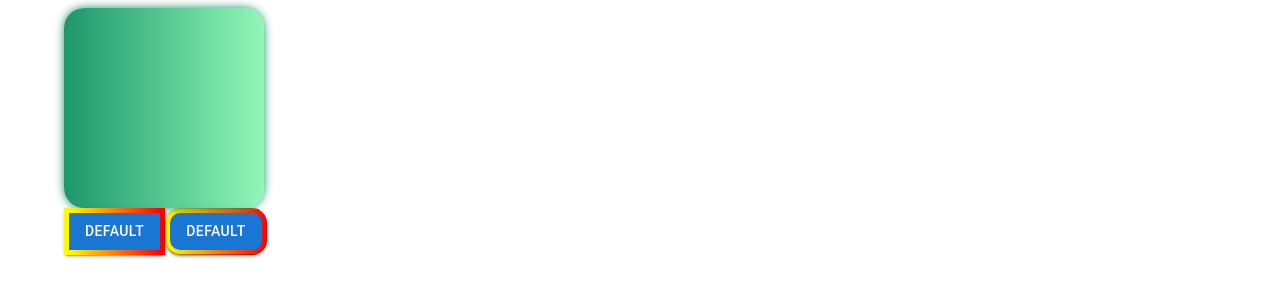
Repository: lokeshHappiest/reactjs-hm-template
Page: / (app in hm-react-template/)
An editor plug-in stored every save of this project. The page is shown before and after the next save, followed by the edit.
The browser window is 1280 px wide. The pictures show the whole page.
The project was rebuilt for these pictures with package versions that can differ from the ones it lists, and the page was loaded fresh each time. Requests to the local data server were answered from the project's data file. Also part of the build but not shown: hm-react-template/src/styles/styles.js, hm-react-template/src/components/SButton.jsx.

Above is the page before, as saved 2021-12-23 19:27:29.

### hm-react-template/src/App.js
import SButton from "./components/SButton";
import { useFetch } from "./hooks/useFetch";
import { useState } from "react";
import { Container } from "@mui/material";
import SCard from "./components/SCard";
import SGradientButton from "./components/SGradientButton";

export default function App() {
  const [url, setUrl] = useState("http://localhost:3000/notes");
  const { data, isPending, error } = useFetch(url);

  return (
    <Container>
      <SCard />
      <SGradientButton />
    </Container>
  );
}

### hm-react-template/src/hooks/useFetch.js
import { useState, useEffect } from "react";

export const useFetch = (url) => {
  const [data, setData] = useState(null);
  const [isPending, setIsPending] = useState(null);
  const [error, setError] = useState(null);

  useEffect(() => {
    const fetchData = async () => {
      setIsPending(true);
      try {
        const response = await fetch(url);
        if (!response.ok) {
          throw new Error(response.statusText);
        }
        const json = await response.json();
        setIsPending(false);
        setError(null);
        setData(json);
      } catch (err) {
        setIsPending(false);
        setError("could not fetch data");
        console.log(err.message);
      }
    };
    fetchData();
  }, [url]);
  return { data, isPending, error };
};

### hm-react-template/src/components/SCard.jsx
import { styled, Box } from "@mui/material";
import { unstable_extendSxProp as extendSXProp } from "@mui/system";

const StyledBox = styled(Box)({});

const styles = {
  card: {
    backgroundImage:
      "linear-gradient(to right, #1D976C 0%, #93F9B9  51%, #1D976C  100%)",
    transition: "0.5s",
    backgroundSize: "200% auto",
    color: "white",
    boxShadow: "0 0 10px #1D976C",
    borderRadius: "20px",
    display: "block",
    fontSize: "20px",
    width: 200,
    height: 200,
    "&:hover": {
      backgroundPosition: "right center",
    },
  },
};

export default function SCard(inProps) {
  const { sx } = extendSXProp(inProps);
  return <StyledBox sx={{ ...styles.card, ...sx }} />;
}

### hm-react-template/src/components/SGradientButton.jsx
import React from "react";
import { styled, Button } from "@mui/material";

const borderRadius = 15;

const options = {
  shouldForwardProp: (prop) => prop !== "gradientColors",
};

const GradientButton = styled(
  Button,
  options
)(({ theme, gradientColors }) => ({
  border: "5px solid",
  borderImageSlice: 1,
  borderImageSource: `linear-gradient(to left, ${gradientColors.join(",")})`,
}));

const RoundGradientButton = styled(
  Button,
  options
)(({ theme, gradientColors }) => ({
  position: "relative",
  border: "5px solid transparent",
  backgroundClip: "padding-box",
  borderRadius,

  "&:after": {
    position: "absolute",
    top: -5,
    left: -5,
    right: -5,
    bottom: -5,
    background: `linear-gradient(to left, ${gradientColors.join(",")})`,
    content: '""',
    zIndex: -1,
    borderRadius,
  },
}));

export default function SGradientButton() {
  return (
    <>
      <GradientButton gradientColors={["red", "yellow"]} variant="contained">
        Default
      </GradientButton>
      <RoundGradientButton
        gradientColors={["red", "yellow"]}
        variant="contained"
      >
        Default
      </RoundGradientButton>
    </>
  );
}

### hm-react-template/data/db.json
{
  "notes": [
    {
      "title": "Yoshi's birthday bash",
      "details": "Lorem Ipsum is simply dummy text of the printing and typesetting industry. Lorem Ipsum has been the industry's standard dummy text ever since the 1500s, when an unknown printer took a galley of type and scrambled it to make a type specimen book.",
      "category": "reminders",
      "id": 1
    },
    {
      "title": "Complete my ninja training",
      "details": "Lorem Ipsum is simply dummy text of the printing and typesetting industry. Lorem Ipsum has been the industry's standard dummy text ever since the 1500s, when an unknown printer took.",
      "category": "work",
      "id": 2
    },
    {
      "title": "Order a pizza!",
      "details": "Lorem Ipsum is simply dummy text of the printing and typesetting industry. Lorem Ipsum has been the industry's standard dummy text ever since the 1500s, when an unknown printer took a galley of type and scrambled it to make a type specimen book.\nLorem Ipsum is simply dummy text of the printing and typesetting industry. Lorem Ipsum has been the industry's standard dummy text ever since the 1500s, when an unknown printer took a galley of type and scrambled it to make a type specimen book.",
      "category": "todos",
      "id": 3
    },
    {
      "title": "pay the milk man",
      "details": " blah blah blah",
      "category": "work",
      "id": 4
    },
    {
      "title": "Pay the Internet bill",
      "details": "blah blah blah",
      "category": "money",
      "id": 5
    },
    {
      "title": "Note 80",
      "detail": "hksfh kjhfkjsd kfksdhfkj lkkhsjf lkjflasjf lkjlkjf ",
      "category": "reminders",
      "id": 6
    },
    {
      "title": "pay room rent",
      "details": " blah blah blah",
      "category": "work",
      "id": 7
    }
  ]
}

Loaded but not shown: hm-react-template/public/index.html (common file); hm-react-template/src/index.js (common file)

After the next save:
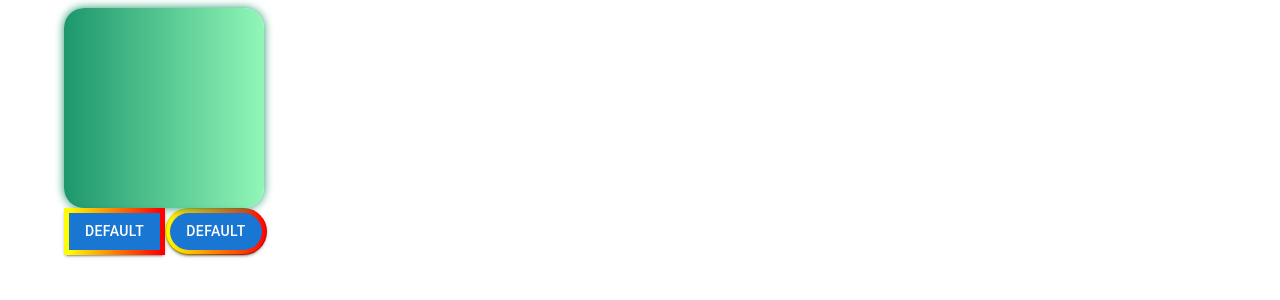
Saved 19 s later.
--- a/hm-react-template/src/components/SGradientButton.jsx
+++ b/hm-react-template/src/components/SGradientButton.jsx
@@ -1,7 +1,7 @@
 import React from "react";
 import { styled, Button } from "@mui/material";
 
-const borderRadius = 15;
+const borderRadius = 25;
 
 const options = {
   shouldForwardProp: (prop) => prop !== "gradientColors",
